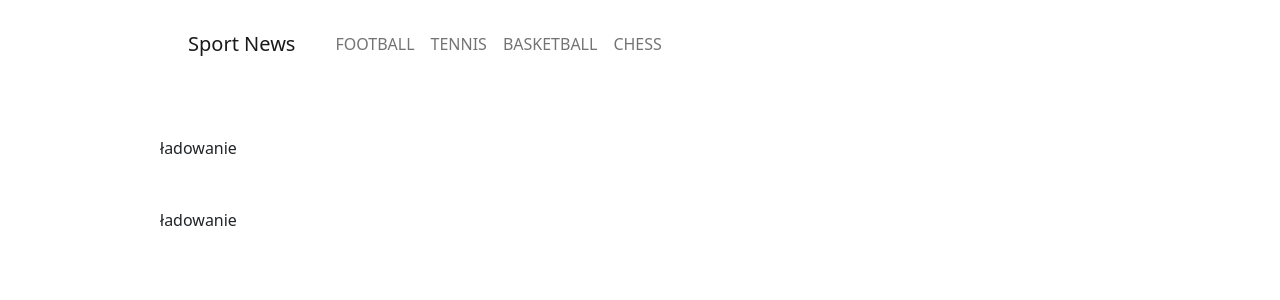
Repository: michalgornicki/sportnews
Page: /
These files come from the project's save history. The page is drawn as it stood at one moment and after a run of saves; the edit follows.
The browser window is 1280 px wide. The pictures show the whole page.
The page's requests for data from a server got no answer. The project was rebuilt for these pictures with package versions that can differ from the ones it lists, and the page was loaded fresh each time. No one was signed in, and anything a server would have sent is missing. Also part of the build but not shown: src/components/Post.jsx.

Above is the page before, as saved 2022-03-01 10:39:57.

### src/App.jsx
import React, { useState, useEffect } from "react";
import { Route, HashRouter as Router, Routes } from "react-router-dom";
import "./App.scss";
import "bootstrap/dist/css/bootstrap.min.css";
import Navbar from "react-bootstrap/Navbar";
import Nav from "react-bootstrap/Nav";
import Container from "react-bootstrap/Container";
import Home from "./components/Home.jsx";
import Post from "./components/Post.jsx";

function App() {
  const [Posts, setPosts] = useState();
  const [Photos, setPhotos] = useState();

  useEffect(() => {
    fetch("https://jsonplaceholder.typicode.com/posts")
      .then((response) => response.json())
      .then((json) => setPosts(json));

    fetch("https://jsonplaceholder.typicode.com/photos")
      .then((response) => response.json())
      .then((json) => setPhotos(json));
  }, []);

  return (
    <Router>
      <>
        <Navbar className="navbar py-4" bg="white" expand="lg">
          <Container className="w-75 m-auto">
            <Navbar.Brand className="px-3" href="#home">
              Sport News
            </Navbar.Brand>
            <Navbar.Toggle aria-controls="basic-navbar-nav" />
            <Navbar.Collapse id="basic-navbar-nav">
              <Nav className="me-auto">
                <Nav.Link href="#link">FOOTBALL</Nav.Link>
                <Nav.Link href="#link">TENNIS</Nav.Link>
                <Nav.Link href="#link">BASKETBALL</Nav.Link>
                <Nav.Link href="#link">CHESS</Nav.Link>
              </Nav>
            </Navbar.Collapse>
          </Container>
        </Navbar>

        <Routes>
          <Route path="/" element={<Home />} />
          <Route path="/Post" element={<Post />} />
        </Routes>

        <Routes>
          <Route path="/" element={<Home />} />
          <Route path="/Post" element={<Post />} />
        </Routes>
      </>
    </Router>
  );
}

export default App;

### src/components/Home.jsx
import React, { useState, useEffect } from "react";

function Home() {
  const [Posts, setPosts] = useState();
  const [Photos, setPhotos] = useState();

  useEffect(() => {
    fetch("https://jsonplaceholder.typicode.com/posts")
      .then((response) => response.json())
      .then((json) => setPosts(json));

    fetch("https://jsonplaceholder.typicode.com/photos")
      .then((response) => response.json())
      .then((json) => setPhotos(json));
  }, []);

  return (
    <>
      <div className="w-75 d-flex flex-wrap justify-content-between m-auto pt-5">
        {Posts && Photos ? (
          Posts.map((item, id) => (
            <div className="post">
              <img className="post__image" src={Photos[id].url} alt="" />
              <div className="post__title">{item.title}</div>
              <div className="post__body">{item.body}</div>
            </div>
          ))
        ) : (
          <div className="post__loading">ładowanie</div>
        )}
      </div>
    </>
  );
}

export default Home;

### src/App.scss
$mainColor: black;
$secondaryColor: rgb(255, 255, 255);
$hoverColor: rgb(255, 161, 74);
$myFont: "Courier New", Courier, monospace;

body{
}

.post:nth-child(8n-7) {
  width: 70%;
}

.post:nth-child(8n-6) {
  width: 22%;
}

.post {
  color: $mainColor;
  font-family: "Gill Sans", "Gill Sans MT", Calibri, "Trebuchet MS", sans-serif;
  width: 30%;
  cursor: pointer;
  margin-top: 1rem;
}

.post:hover {
  color: $hoverColor;
}

.post__title {
  font-weight: 900;
  font-size: 1.5rem;
  text-transform: uppercase;
}

.post:nth-child(8n-7) .post__title {
  font-size: 3rem;
}

.post:nth-child(8n-7) .post__image {
  height: 450px;
}

.post:nth-child(8n-6) .post__image {
  height: 450px;
}

.post__image {
  width: 100%;
  height: 250px;
}

.post__body {
  display: none;
}

$breakpoint-tablet: 1000px;
@media (max-device-width: $breakpoint-tablet), (max-width: $breakpoint-tablet) {
  .post, .post:nth-child(8n-7), .post:nth-child(8n-6) {
    width: 100%;
  }

  .post:nth-child(8n-7) .post__image, .post:nth-child(8n-6) .post__image, .post__image {
    height: 450px;
  }

}

Loaded but not shown: public/index.html (common file); src/index.js (common file); src/index.css (common file); src/reportWebVitals.js (common file)

After the next 3 saves:
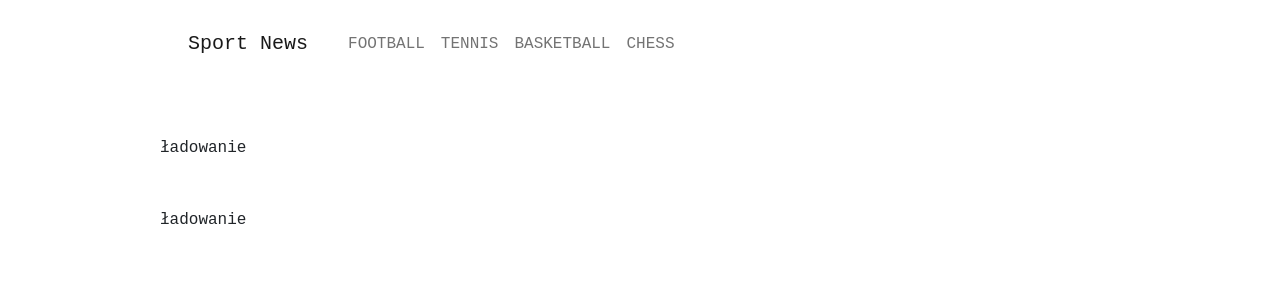
The 3 saves are shown as one change because they came seconds apart.
The last was saved 11 s later.
--- a/src/App.scss
+++ b/src/App.scss
@@ -4,6 +4,7 @@ $hoverColor: rgb(255, 161, 74);
 $myFont: "Courier New", Courier, monospace;
 
 body{
+  font-family: $myFont!important;
 }
 
 .post:nth-child(8n-7) {
